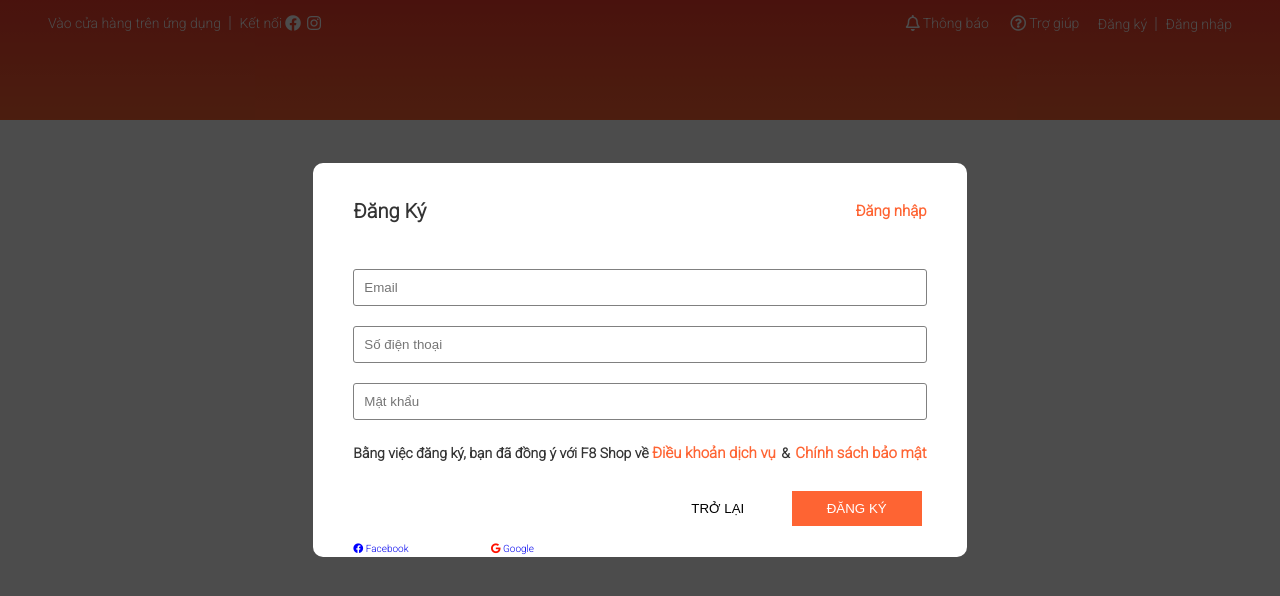
Repository: kebinh1235/Shopee-Demo
Page: index.html
The author's editor kept a copy of each file at every save. The page is drawn from the files as they stood at one save, then again after the next save.
The browser window is 1280 px wide. The pictures show the whole page.

Above is the page before, as saved 2021-10-01 22:43:57.

### index.html
<!DOCTYPE html>
<html lang="en">

<head>
  <meta charset="UTF-8">
  <meta http-equiv="X-UA-Compatible" content="IE=edge">
  <meta name="viewport" content="width=device-width, initial-scale=1.0">
  <title>F8 Shop</title>
  <link rel="stylesheet" href="./asset/css/main.css">
  <link rel="stylesheet" href="./asset/css/base.css">
  <link rel="stylesheet" href="https://cdnjs.cloudflare.com/ajax/libs/font-awesome/5.15.4/css/all.min.css">
</head>

<body>
  <div class="app">
    <header class="header">
      <div class="grid">
        <nav class="header__navbar">
          <ul class="header__navbar-list">
            <li class="header__navbar-item header__item-separator">
              Vào cửa hàng trên ứng dụng
              <div class="header__navbar-QRCode">
                <div class="header__navbar-QRCode-img">
                  <img
                    src="https://upload.wikimedia.org/wikipedia/commons/thumb/d/d0/QR_code_for_mobile_English_Wikipedia.svg/1200px-QR_code_for_mobile_English_Wikipedia.svg.png"
                    alt="">
                </div>
                <div class="header__navbar-QRCode-social">
                  <a class="header__navbar-QRCode-link" href="#">
                    <i class="fab fa-google header__navbar-QRCode-icon-google"></i>
                    <span class="header__navbar-QRCode-title-google">Google</span>
                  </a>
                  <a class="header__navbar-QRCode-link" href="#">
                    <i class="fab fa-facebook header__navbar-QRCode-icon-facebook"></i>
                    <span class="header__navbar-QRCode-title-facebook">Facebook</span>
                  </a>
                </div>
              </div>
            </li>
            <li class="header__navbar-item">
              <span class="user__select-none">Kết nối</span>
              <a class="header__navbar-link-icon" href="#">
                <i class="fab fa-facebook header__navbar-icon"></i>
              </a>
              <a class="header__navbar-link-icon" href="#">
                <i class="fab fa-instagram header__navbar-icon"></i>
              </a>
            </li>
          </ul>
          <ul class="header__navbar-list">
            <li class="header__navbar-item">
              <a href="#" class="header__navbar-link">
                <i class="far fa-bell header__navbar-icon"></i>
                Thông báo
              </a>
              <div class="header__navbar-notification">
                <div class="header__navbar-noti-heading">
                  <h3>Thông báo nhận hàng</h3>
                </div>
                <ul class="header__navbar-noti-list">
                  <li class="header__navbar-noti-list-item header__navbar-noti-list-viewd">
                    <a class="header__navbar-noti-list-link" href="#">
                      <img src="https://www.oberlo.com/media/1603958036-new-products.jpg" alt="">
                      <div class="header_navbar-noti-content">
                        <span class="header_navbar-noti-name">Xác thực chính hãng nguồn gốc các sản phẩm Ohui</span>
                        <span class="header_navbar-noti-description">Xác thực chính hãng nguồn gốc các sản phẩm
                          Ohui</span>
                      </div>
                    </a>
                  </li>
                  <li class="header__navbar-noti-list-item header__navbar-noti-list-viewd">
                    <a class="header__navbar-noti-list-link" href="#">
                      <img src="https://www.oberlo.com/media/1603958036-new-products.jpg" alt="">
                      <div class="header_navbar-noti-content">
                        <span class="header_navbar-noti-name">Xác thực chính hãng nguồn gốc các sản phẩm Ohui</span>
                        <span class="header_navbar-noti-description">Xác thực chính hãng nguồn gốc các sản phẩm
                          Ohui</span>
                      </div>
                    </a>
                  </li>
                  <li class="header__navbar-noti-list-item">
                    <a class="header__navbar-noti-list-link" href="#">
                      <img src="https://www.oberlo.com/media/1603958036-new-products.jpg" alt="">
                      <div class="header_navbar-noti-content">
                        <span class="header_navbar-noti-name">Xác thực chính hãng nguồn gốc các sản phẩm Ohui</span>
                        <span class="header_navbar-noti-description">Xác thực chính hãng nguồn gốc các sản phẩm
                          Ohui</span>
                      </div>
                    </a>
                  </li>
                </ul>
                <div class="header__navbar-noti-footer">
                  <a class="header__navbar-noti-footer-link" href="#">Xem tất cả</a>
                </div>
              </div>
            </li>
            <li class="header__navbar-item">
              <a href="#" class="header__navbar-link">
                <i class="far fa-question-circle header__navbar-icon"></i>
                Trợ giúp
              </a>
            </li>
            <li class="header__navbar-item">
              <a href="#" class="header__navbar-link header__item-bold header__item-separator">Đăng ký</a>
            </li>
            <li class="header__navbar-item">
              <a href="#" class="header__navbar-link header__item-bold">Đăng nhập</a>
            </li>
          </ul>
        </nav>
      </div>
    </header>

    <div class="container">

    </div>

    <div class="footer">

    </div>
    <!--Modal-->
    <div class="modal">
      <div class="modal__overlay"></div>
      <div class="modal__body">
        <div class="modal__inner">
          <div class="auth__form">
            <div class="auth__form-padding">
              <div class="auth__form-header">
                  <h3 class="auth__form-heading">Đăng Ký</h3>
                  <span class="authb__form-btn-switch">Đăng nhập</span>
              </div>
              <div class="auth__form-form">
                <div class="auth__form-group">
                  <input class="auth__form-input" type="text" placeholder="Email">
                </div>
                <div class="auth__form-group">
                  <input class="auth__form-input" type="text" placeholder="Số điện thoại">
                </div>
                <div class="auth__form-group">
                  <input class="auth__form-input" type="text" placeholder="Mật khẩu">
                </div>
              </div>
              <div class="auth__form-note">
                <p class="auth_form-text">
                  Bằng việc đăng ký, bạn đã đồng ý với F8 Shop về
                  <a class="auth__form-note-link" href="#">Điều khoản dịch vụ</a>
                  <span class="auth__form-note-icon">&</span>
                  <a class="auth__form-note-link" href="#">Chính sách bảo mật</a>
                </p>
              </div>
              <div class="auth__form-controls">
                <button class="btn">TRỞ LẠI</button>
                <button class="btn btn-primary">ĐĂNG KÝ</button>
              </div>
            </div>
            <div class="auth__form-social">
              <a href="#" class="btn btn-with-icon">
                <i class="fab fa-facebook header__navbar-QRCode-icon-facebook"></i>
                Facebook
              </a>
              <a href="#" class="btn btn-with-icon">
                <i class="fab fa-google header__navbar-QRCode-icon-google"></i>
                Google
              </a>
            </div>
          </div>
        </div>
      </div>
    </div>
  </div>
</body>

</html>

### asset/css/main.css
.header {
  height: 120px;
  background: linear-gradient(0, #fe6433, #f53e2d)
}
.header__navbar {
  display: flex;
  justify-content: space-between;
  padding: 10px 0;
}
.header__navbar-QRCode{
  background: white;
  height: 200px;
  position: absolute;
  top: 30px;
  padding: 10px;
  display: none;
  animation: fadeIn ease-out .8s;
}
.header__navbar-item:hover .header__navbar-QRCode {
  display: block;
}
.header__navbar-item:hover .header__navbar-notification {
  display: block;
}
.header__navbar-QRCode-img{
  width: 160px;
}
.header__navbar-QRCode-img img {
  width: 100%;
}
.header__navbar-QRCode-social {
  display: flex;
  align-items: center;
  justify-content: space-between;
}
.header__navbar-QRCode-social:before {
  content: '';
  position: absolute;
  top: -8px;
  left: 0;
  width: 100%;
  height: 10px;
  background: transparent;
}
.header__navbar-QRCode-link {
  font-size: 1.4rem;
  color: var(--text-color);
}
.header__navbar-QRCode-title-google:hover {
  color: #ff1100;
  transition: var(--transition-primary);
}
.header__navbar-QRCode-title-facebook:hover {
  color: blue;
  transition: var(--transition-primary);
}
.header__navbar-QRCode-icon-google {
  color: #ff1100;
}
.header__navbar-QRCode-icon-facebook {
  color: blue;
}
.header__navbar-list {
  list-style: none;
}
.header__navbar-item {
  margin: 0 8px;
  position: relative;
  min-height: 26px;
}
.header__item-separator::after {
  content: '';
  position: absolute;
  right: -10px;
  top: 50%;
  transform: translateY(-50%);
  height: 12px;
  border: 1px solid #FB9086;
}
.header__navbar-item,
.header__navbar-link {
  display: inline-block;
  font-size: 1.4rem;
  color: var(--white-color);
  text-decoration: none;
  font-weight: 300;
}
.header__navbar-item:hover,
.header__navbar-link:hover,
.header__navbar-link-icon:hover {
  cursor: pointer;
  color: rgba(255, 255, 255, 0.7);
}
.header__navbar-item,
.header__navbar-link,
.header__navbar-link-icon {
  display: inline-flex;
  align-items: center;
}
.header__navbar-link-icon {
  color: var(--white-color);
}
.header__navbar-icon {
  font-size: 1.6rem;
  margin: 0 3px;
}
.header__item-bold {
  font-weight: 500;
}
.user__select-none {
  cursor: text;
  color: var(--white-color);
}
.header__navbar-notification{
  position: absolute;
  top: 35px;
  right: 0;
  width: 404px;
  background: var(--white-color);
  display: none;
  box-shadow: rgba(0, 0, 0, 0.16) 0px 1px 4px;
  animation: growthUp ease-in .3s;
  will-change: opacity, transform, scale;
  transform-origin: calc(100% - 20px) top;
}
.header__navbar-notification:before {
  content: "";
  position: absolute;
  top: -10px;
  right: 0;
  width: 100%;
  background: transparent;
  height: 15px;
}
.header__navbar-notification:after {
  content: "";
  position: absolute;
  top: -32px;
  right: 10px;
  border: 20px solid #000;
  border-color: transparent transparent var(--white-color) transparent;
}
.header__navbar-noti-heading{
  padding: 10px;
  box-shadow: rgba(0, 0, 0, 0.16) 0px 1px 4px;
  cursor: default;
}
.header__navbar-noti-heading h3 {
  font-size: 1.6rem;
  color: var(--text-color);
}
.header__navbar-noti-list{
  list-style: none;
  box-shadow: rgba(0, 0, 0, 0.16) 0px 1px 1px;
}
.header__navbar-noti-list-item{
  padding: 8px 10px;
}
.header__navbar-noti-list-viewd{
  background: #ffe3e3;
}
.header__navbar-noti-list-item:hover{
  background: #f3c8c8;
  transition: var(--transition-primary);
}
.header__navbar-noti-list-link{
  display: inline-flex;
  align-items: center;
}
.header__navbar-noti-list-link img{
  width: 60px;
  object-fit: contain;
}
.header_navbar-noti-content{
  padding-left: 10px;
}
.header_navbar-noti-name{
  font-size: 1.4rem;
  font-weight: bold;
  color: var(--text-color);
  margin-bottom: 5px;
  line-height: 2rem;
  text-align: justify;
  display: block;
}
.header_navbar-noti-description{
  font-size: 1.3rem;
  color: var(--text-color-rgb-black);
  display: block;
}
.header__navbar-noti-footer{
  padding: 10px;
  text-align: center;
  box-shadow: rgba(0, 0, 0, 10px) 0px 1px 1px;
}
.header__navbar-noti-footer-link{
  color: var(--text-color-rgb-black);
}

/*Start Modal*/
.modal{
  position: fixed;
  /* top: 0;
  right: 0;
  bottom: 0;
  left: 0; */
  inset: 0;
  display: flex;
}
.modal__overlay{
  position: absolute;
  width: 100%;
  height: 100%;
  background: rgba(0, 0, 0, 0.7);
}
.modal__body{
  margin: auto;
  background: var(--white-color);
  overflow: hidden;
  z-index: 1;
  border-radius: 10px;
}
.modal__inner{
  padding: 0;
}
.auth__form-padding {
  padding: 0 40px;
}
.auth__form-header{
  display: flex;
  justify-content: space-between;
  align-items: center;
  padding: 40px 0;
}
.auth__form-heading{
  font-size: 2rem;
  color: var(--text-color);
  font-weight: bold;
}
.authb__form-btn-switch{
  font-size: 1.5rem;
  color: var(--primary-color);
  font-weight: bold;
}
.auth__form-group{
  padding: 10px 0;
  width: 100%;
}
.auth__form-input {
  width: 100%;
  padding: 10px;
  border-radius: 3px;
  overflow: hidden;
  border: 1px solid gray;
}
.auth__form-input:focus {
  outline: none;
}
.auth__form-note{
  font-size: 1.4rem;
  color: var(--text-color);
  font-weight: bold;
  padding: 15px 0;
}
.auth__form-note-link {
  color: var(--primary-color);
  font-size: 1.5rem;
}
.auth__form-note-icon {
  margin: 0 2px;
}
.auth__form-controls{
  padding: 15px 0;
  text-align: right;
}
.btn {
  padding: 10px 35px;
  border: none;
  margin: 0 5px;
  background: transparent;
  cursor: pointer;
}
.btn .btn-primary:hover {
  background:rgba(0, 0, 0, 0.16);
}
.btn-primary {
  background: var(--primary-color);
  color: var(--white-color);
}
.auth__form-social{

}

/*End Modal*/

### asset/css/base.css
@import url('https://fonts.googleapis.com/css2?family=Roboto:wght@300&display=swap');
:root {
  --white-color: #fff;
  --black-color: #000;
  --primary-color: #fe6433;
  --text-color: #333;
  --text-color-rgb-black: rgba(0, 0, 0, 0.7);
  --transition-primary: all .2s linear;
  --btn-primary: linear-gradient(0, #fe6433, #f53e2d);
}

* {
  margin: 0;
  padding: 0;
  box-sizing: inherit;
  text-decoration: none;
}

html {
  font-size: 62.5%;
  line-height: 1.6rem;
  border: none;
  outline: none;
  overflow: hidden;
  box-sizing: border-box;
  font-family: 'Roboto', sans-serif;
}

.grid {
  width: 1200px;
  max-width: 100%;
  margin: 0 auto;
}

.grid__full-width {
  width: 100%;
}

.grid__row {
  display: flex;
  flex-wrap: wrap;
}

/*Animation*/
@keyframes fadeIn {
  0% {
    opacity: 0;
  }
  100% {
    opacity: 1;
  }
}

@keyframes growthUp {
  0% {
    opacity: 0;
    transform: scale(0);
  }
  100% {
    opacity: 1;
    transform: scale(1);
  }
}

After the next save:
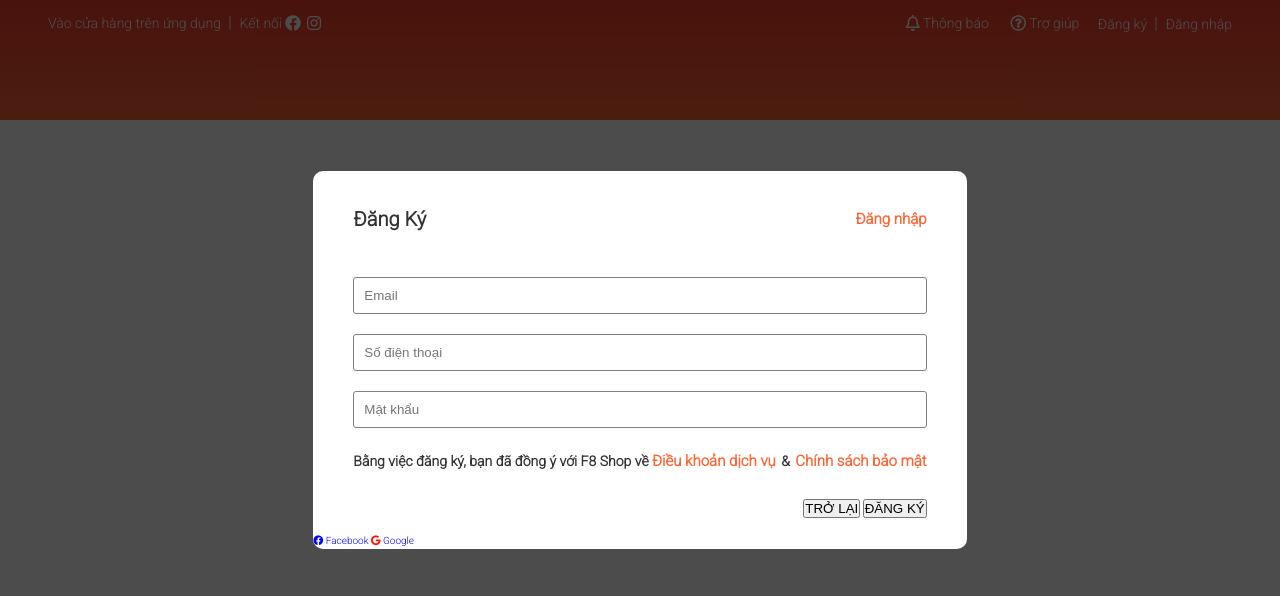
Saved 3 min 22 s later.
--- a/asset/css/main.css
+++ b/asset/css/main.css
@@ -273,20 +273,7 @@
   padding: 15px 0;
   text-align: right;
 }
-.btn {
-  padding: 10px 35px;
-  border: none;
-  margin: 0 5px;
-  background: transparent;
-  cursor: pointer;
-}
-.btn .btn-primary:hover {
-  background:rgba(0, 0, 0, 0.16);
-}
-.btn-primary {
-  background: var(--primary-color);
-  color: var(--white-color);
-}
+
 .auth__form-social{
 
 }
